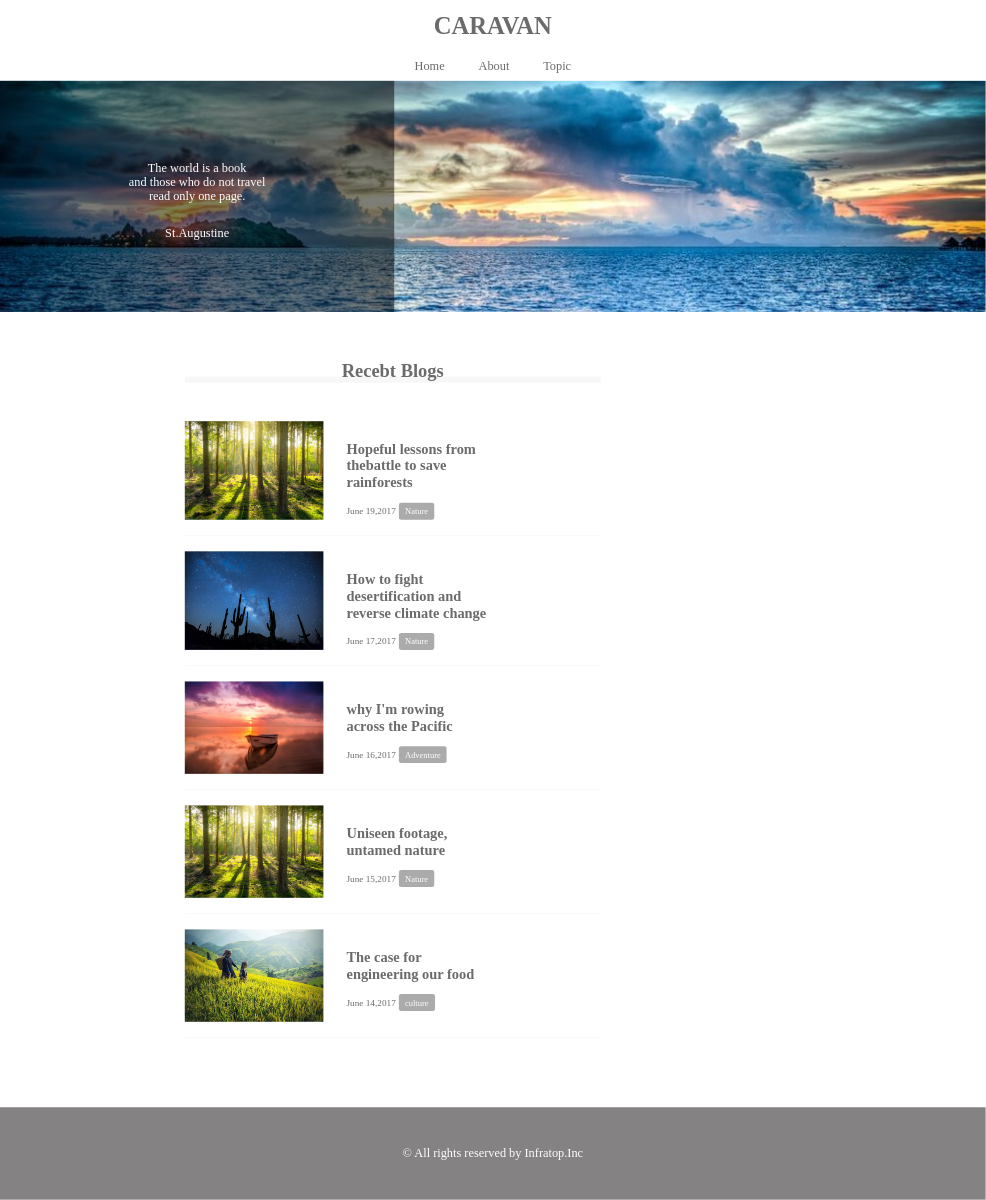
Repository: ego-boosting/html-practice1
Page: caravan/index.html
The author's editor kept a record of every edit. The page is drawn from the files as they stood at one moment, then again after the next edit.
The browser window is 1280 px wide. The pictures show the whole page, at 77% of full size.

Above is the page before.

After the next edit:
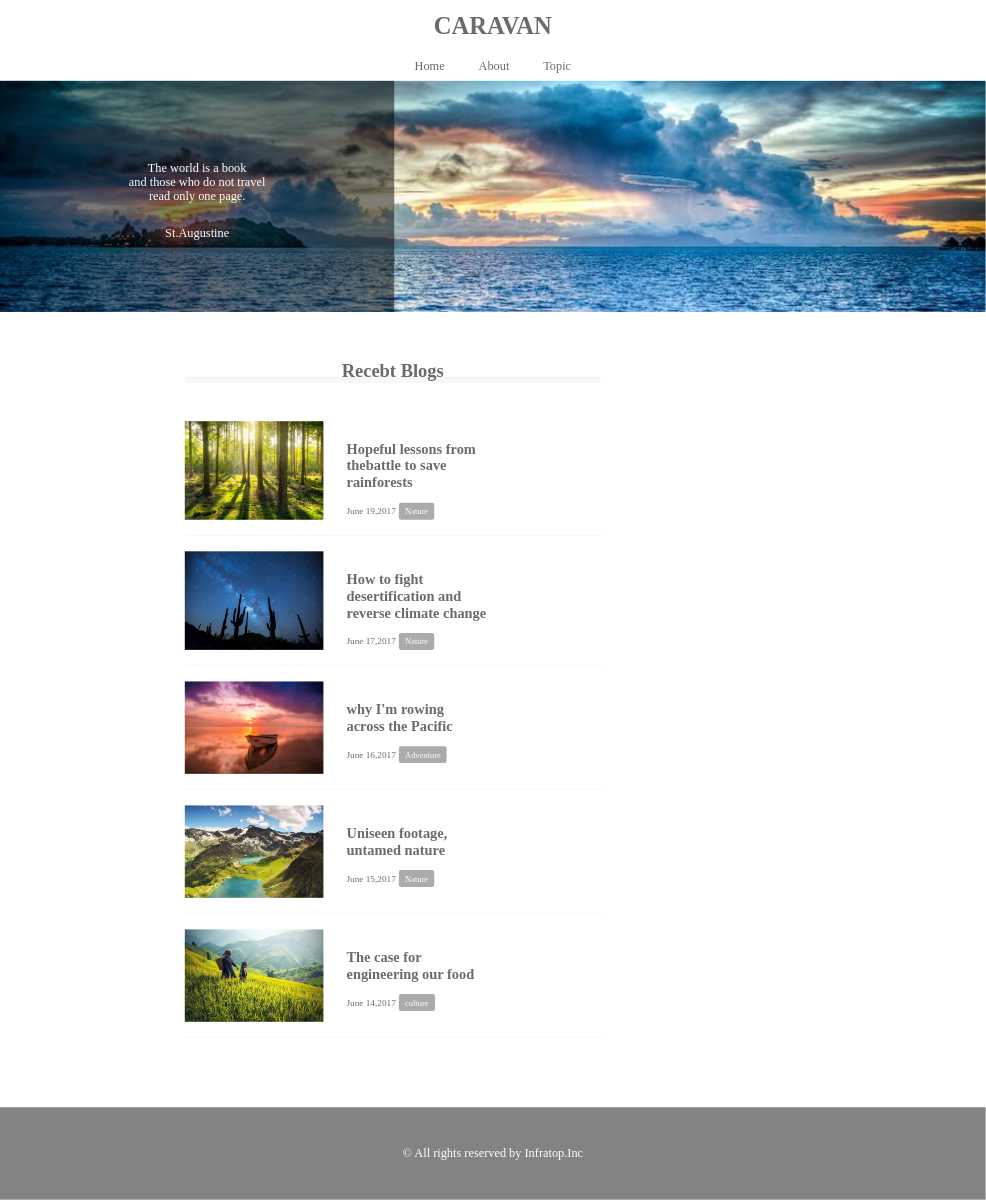
The edit:
--- a/caravan/index.html
+++ b/caravan/index.html
@@ -95,7 +95,7 @@
         </section>
        </div>
        <div class="blog-item">
-        <img class="blog-image"src="img/forest.jpg">
+        <img class="blog-image"src="img/italy.jpg">
         <section class="blog-text">
          <h3 class="blog-text-heading">
           <a href="sigle.html">
